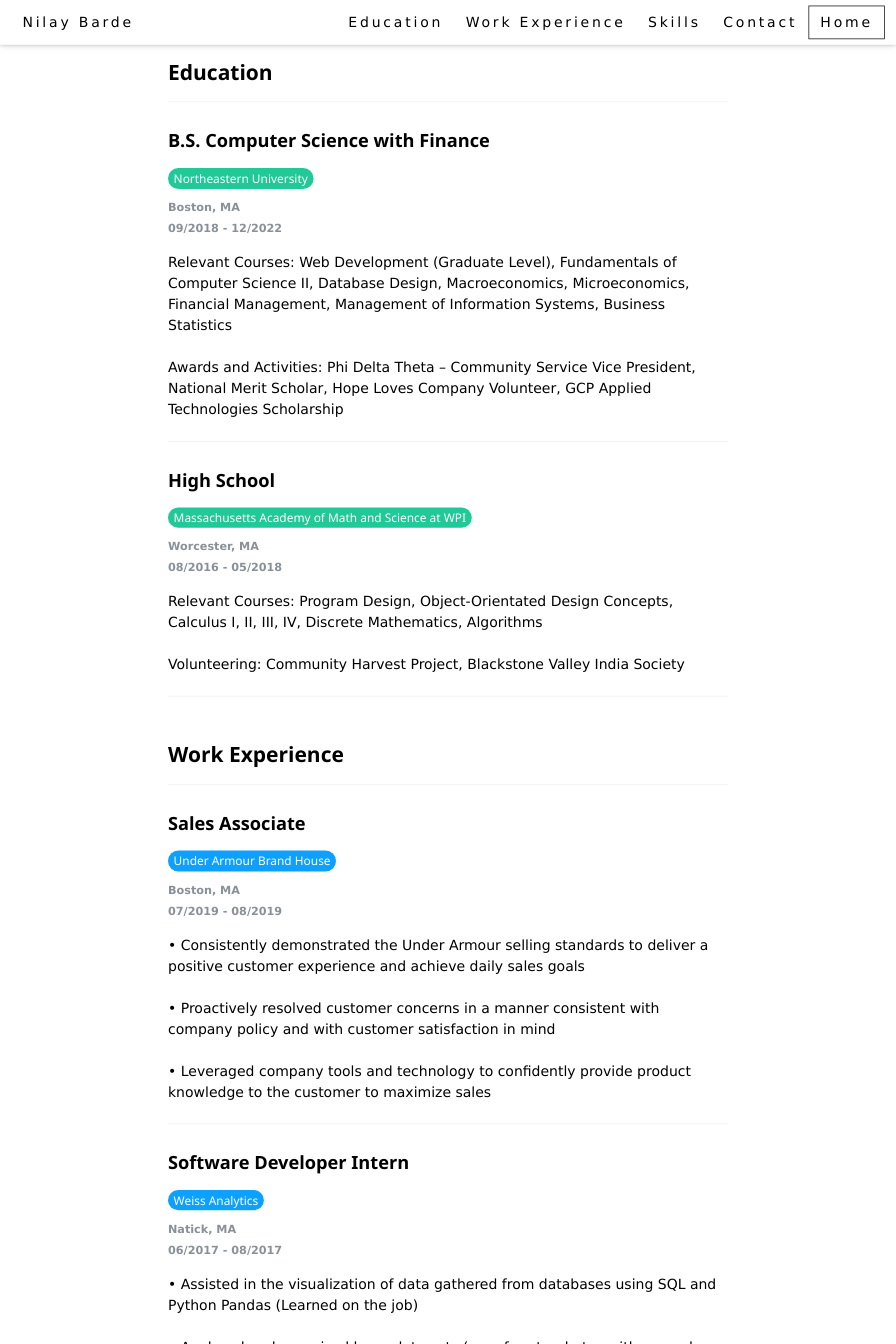
Repository: NilayBarde/Personal-Website
Page: cv.html
The author's editor kept a copy of each file at every save. The page is drawn from the files as they stood at one save, then again after the next save.
The browser window is 1280 px wide. The pictures show the part of the page from y = 0 to 1920 px (the page is 2874 px tall before and 2844 px after), at 70% of full size.
Some web libraries are served in a nearby version.

Above is the page before, as saved 2019-09-26 14:07:27.

After the next save:
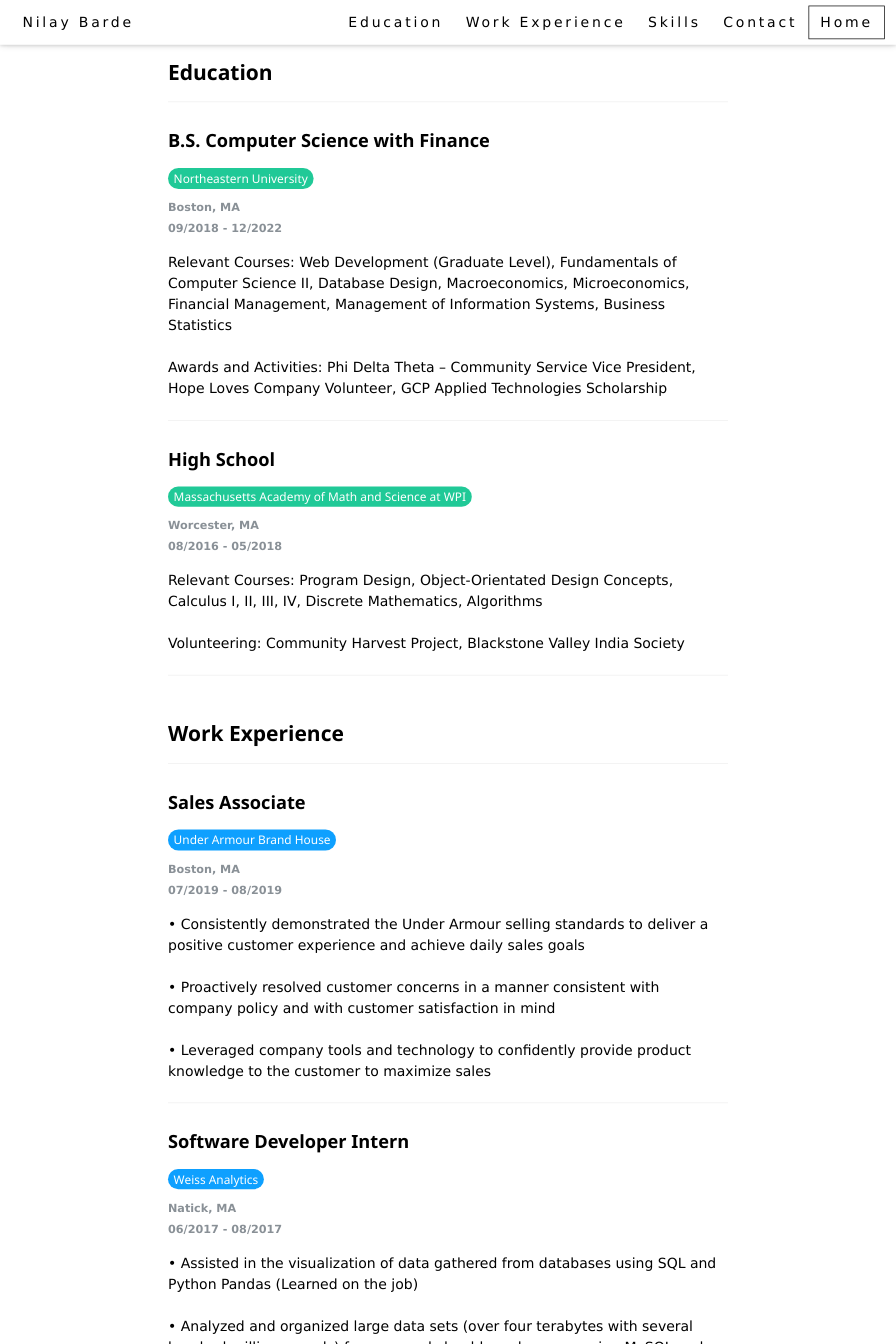
Saved 9 min 33 s later.
--- a/cv.html
+++ b/cv.html
@@ -59,7 +59,7 @@
                         </div>
                     </div>
                     <p class="text-muted">Relevant Courses: Web Development (Graduate Level), Fundamentals of Computer Science II, Database Design, Macroeconomics, Microeconomics, Financial Management, Management of Information Systems, Business Statistics
-                        <br><br> Awards and Activities: Phi Delta Theta – Community Service Vice President, National Merit Scholar, Hope Loves Company Volunteer, GCP Applied Technologies Scholarship
+                        <br><br> Awards and Activities: Phi Delta Theta – Community Service Vice President, Hope Loves Company Volunteer, GCP Applied Technologies Scholarship
                     </p>
                 </div>
                 <div class="item">
